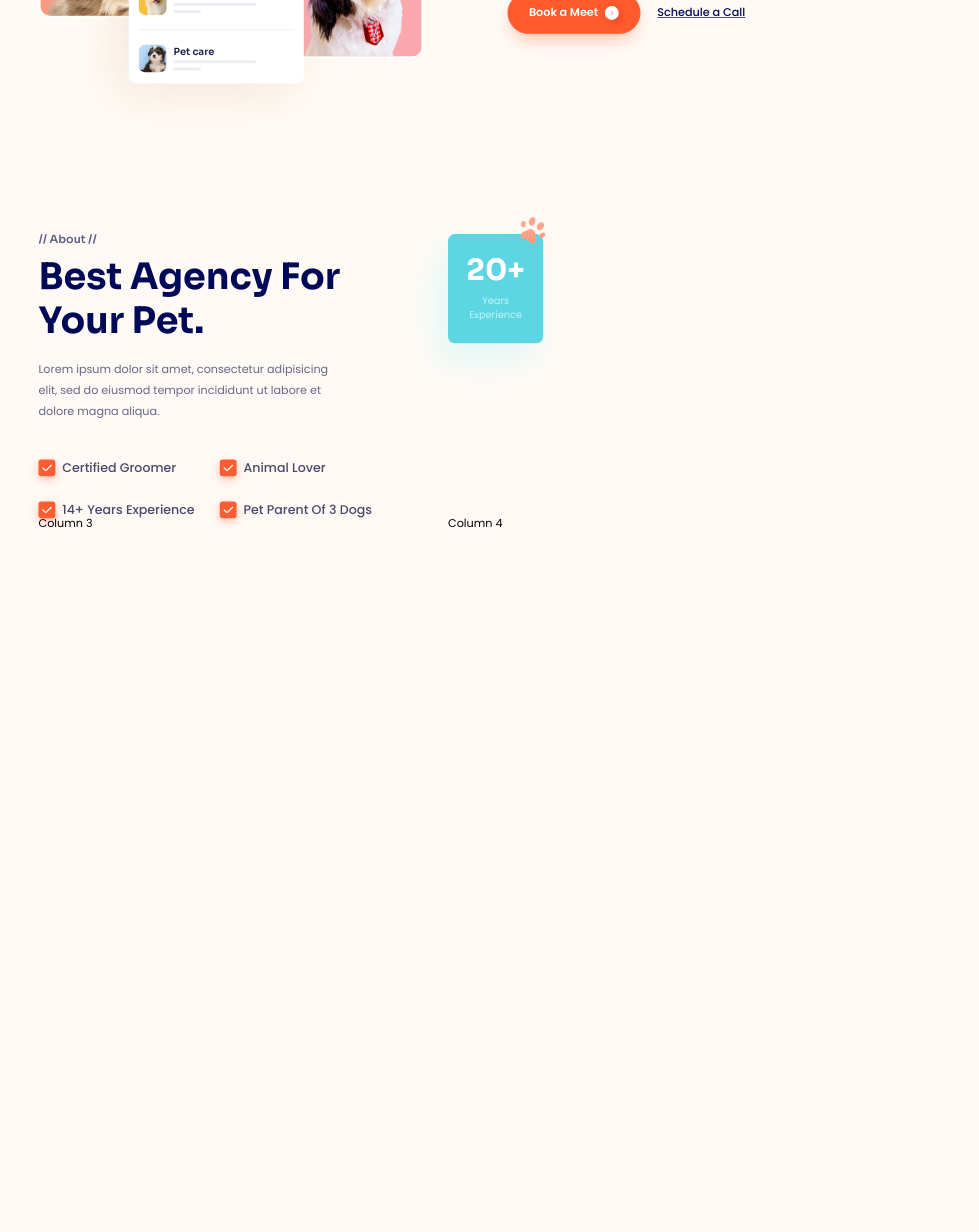
Repository: empty24062002/f8-project-05
Page: index.html
The author's editor kept a copy of each file at every save. The page is drawn from the files as they stood at one save, then again after the next save.
The browser window is 1280 px wide. The page is 1280 px wide, then 1399 px, so the pictures cover 1399 px, including what lies to the right of the window. The pictures show the part of the page from y = 639 to 2399 px (the page is 10965 px tall), at 70% of full size.

Above is the page before, as saved 2023-09-11 10:14:39.

### index.html
<!DOCTYPE html>
<html lang="en">
    <head>
        <meta charset="UTF-8" />
        <meta name="viewport" content="width=device-width, initial-scale=1.0" />
        <title>Lucy</title>
        <!-- favicon -->
        <link
            rel="apple-touch-icon"
            sizes="57x57"
            href="./assets/favicon/apple-icon-57x57.png"
        />
        <link
            rel="apple-touch-icon"
            sizes="60x60"
            href="./assets/favicon/apple-icon-60x60.png"
        />
        <link
            rel="apple-touch-icon"
            sizes="72x72"
            href="./assets/favicon/apple-icon-72x72.png"
        />
        <link
            rel="apple-touch-icon"
            sizes="76x76"
            href="./assets/favicon/apple-icon-76x76.png"
        />
        <link
            rel="apple-touch-icon"
            sizes="114x114"
            href="./assets/favicon/apple-icon-114x114.png"
        />
        <link
            rel="apple-touch-icon"
            sizes="120x120"
            href="./assets/favicon/apple-icon-120x120.png"
        />
        <link
            rel="apple-touch-icon"
            sizes="144x144"
            href="./assets/favicon/apple-icon-144x144.png"
        />
        <link
            rel="apple-touch-icon"
            sizes="152x152"
            href="./assets/favicon/apple-icon-152x152.png"
        />
        <link
            rel="apple-touch-icon"
            sizes="180x180"
            href="./assets/favicon/apple-icon-180x180.png"
        />
        <link
            rel="icon"
            type="image/png"
            sizes="192x192"
            href="./assets/favicon/android-icon-192x192.png"
        />
        <link
            rel="icon"
            type="image/png"
            sizes="32x32"
            href="./assets/favicon/favicon-32x32.png"
        />
        <link
            rel="icon"
            type="image/png"
            sizes="96x96"
            href="./assets/favicon/favicon-96x96.png"
        />
        <link
            rel="icon"
            type="image/png"
            sizes="16x16"
            href="./assets/favicon/favicon-16x16.png"
        />
        <link rel="manifest" href="./assets/favicon/manifest.json" />
        <meta name="msapplication-TileColor" content="#ffffff" />
        <meta
            name="msapplication-TileImage"
            content="./assets/favicon/ms-icon-144x144.png"
        />
        <meta name="theme-color" content="#ffffff" />
        <!-- reset CSS -->
        <link rel="stylesheet" href="./assets/css/reset.css" />
        <!-- embed font -->
        <link rel="preconnect" href="https://fonts.googleapis.com" />
        <link rel="preconnect" href="https://fonts.gstatic.com" crossorigin />
        <link
            href="https://fonts.googleapis.com/css2?family=Poppins:wght@300;400;500;600&family=Sora:wght@600;700;800&display=swap"
            rel="stylesheet"
        />
        <!-- style css -->
        <link rel="stylesheet" href="./assets/css/styles.css" />
    </head>
    <body>
        <!-- header -->
        <header class="header">
            <div class="container">
                <div class="header__inner">
                    <!-- logo -->
                    <a href="#!">
                        <img
                            src="./assets/img/logo.svg"
                            alt="Lucy"
                            class="header__logo"
                        />
                    </a>
                    <!-- navbar -->
                    <nav class="navbar">
                        <ul class="navbar__list">
                            <li class="navbar__item">
                                <a href="#!" class="navbar__link"> Home </a>
                            </li>
                            <li class="navbar__item">
                                <a href="#!" class="navbar__link"> About </a>
                            </li>
                            <li class="navbar__item">
                                <a href="#!" class="navbar__link"
                                    >Services & Rates
                                </a>
                            </li>
                            <li class="navbar__item">
                                <a href="#!" class="navbar__link"> Reviews </a>
                            </li>
                            <li class="navbar__item">
                                <a href="#!" class="navbar__link">
                                    Contacts us
                                </a>
                            </li>
                        </ul>
                    </nav>
                    <!-- header action -->
                    <div class="header-action">
                        <a href="#!" class="header-action__link">Sign in</a>
                        <a href="#!" class="btn header-action__btn">Sign up</a>
                    </div>
                </div>
            </div>
        </header>
        <!-- hero -->
        <section class="hero">
            <div class="container">
                <div class="hero__inner">
                    <!-- hero media -->
                    <div class="hero__media">
                        <div class="hero__img-wrap">
                            <img
                                src="./assets/img/hero__img1.png"
                                alt=""
                                class="hero__img"
                            />

                            <!-- Decorators -->
                            <img
                                src="./assets/img/decor__01.svg"
                                alt=""
                                class="hero__decor hero__decor-left"
                            />
                            <img
                                src="./assets/img/decor__02.svg"
                                alt=""
                                class="hero__decor hero__decor-right"
                            />
                        </div>
                        <div class="hero__img-wrap hero__img-wrap-small">
                            <img
                                src="./assets/img/hero__img2.png"
                                alt=""
                                class="hero__img"
                            />
                        </div>

                        <div class="hero__list">
                            <!-- hero list item 1 -->
                            <section class="hero-list-item">
                                <img
                                    src="./assets/img/hero__img3.png"
                                    alt=""
                                    class="hero-list-item__thump"
                                />
                                <div class="hero-list-item__info">
                                    <p class="hero-list-item__title">
                                        Pet Health
                                    </p>
                                    <div class="hero-list-item__skeleton"></div>
                                    <div
                                        class="hero-list-item__skeleton"
                                        style="--width: 39px"
                                    ></div>
                                </div>
                            </section>

                            <div class="hero-list-item__separate"></div>
                            <!-- hero list item 2 -->
                            <section class="hero-list-item">
                                <img
                                    src="./assets/img/hero__img4.png"
                                    alt=""
                                    class="hero-list-item__thump"
                                />
                                <div class="hero-list-item__info">
                                    <p class="hero-list-item__title">
                                        Pet care
                                    </p>
                                    <div class="hero-list-item__skeleton"></div>
                                    <div
                                        class="hero-list-item__skeleton"
                                        style="--width: 39px"
                                    ></div>
                                </div>
                            </section>
                        </div>
                    </div>
                    <!-- hero content -->
                    <section class="hero__content">
                        <h1 class="hero__heading">
                            Established & Trusted Pet Care Service
                        </h1>
                        <p class="hero__desc">
                            Discover a wide variety of Pawsitive services to
                            choose from, including daycare, private walks,
                            office duty and spa.
                        </p>
                        <div class="hero__row">
                            <a href="#!" class="btn btn--primary hero__cta-btn">
                                Book a Meet
                                <span class="btn__icon">
                                    <svg
                                        width="5"
                                        height="6"
                                        viewBox="0 0 5 6"
                                        fill="none"
                                        xmlns="http://www.w3.org/2000/svg"
                                    >
                                        <path
                                            d="M1.48584 0.5L3.98584 3L1.48584 5.5"
                                            stroke="#FD5056"
                                            stroke-linecap="round"
                                            stroke-linejoin="round"
                                        />
                                    </svg>
                                </span>
                            </a>
                            <a href="#!" class="hero__cta-link">
                                Schedule a Call
                            </a>
                        </div>
                    </section>
                </div>
            </div>
        </section>
        <main style="height: 10000px">
            <!-- about -->
            <section class="about">
                <div class="container">
                    <div class="about__inner">
                        <section class="about__content">
                            <p class="about__lable">// About //</p>
                            <h2 class="about__heading section-heading">
                                Best Agency For Your Pet.
                            </h2>
                            <p class="about__desc section-desc">
                                Lorem ipsum dolor sit amet, consectetur
                                adipisicing elit, sed do eiusmod tempor
                                incididunt ut labore et dolore magna aliqua.
                            </p>
                            <div class="about__checklist">
                                <span class="about__check-item">
                                    Certified Groomer
                                </span>
                                <span class="about__check-item">
                                    Animal Lover
                                </span>
                                <span class="about__check-item">
                                    14+ Years Experience
                                </span>
                                <span class="about__check-item">
                                    Pet Parent Of 3 Dogs
                                </span>
                            </div>
                        </section>
                        <div class="about__media">
                            <!-- About card -->
                            <div class="about__card">
                                <b class="about__card-title">20+</b>
                                <p class="about__card-desc">Years Experience</p>
                                <img
                                    src="./assets/img/about-decor1.svg"
                                    alt=""
                                    class="about__card-decor"
                                />
                            </div>
                        </div>
                        <div class="about__media">Column 3</div>
                        <section class="about__content">Column 4</section>
                    </div>
                </div>
            </section>
        </main>
    </body>
</html>

### assets/css/styles.css
* {
    box-sizing: border-box;
}

:root {
    --primary-color: #ff5b2e;
}

html {
    font-size: 62.5%;
}

body {
    font-size: 1.6rem;
    font-family: "Poppins", sans-serif;
    background: #fffaf5;
}

/* common */

h1,
h2,
h3,
h4,
h5,
h6 {
    font-family: "Sora", sans-serif;
}

input,
textarea,
select,
button {
    font-size: inherit;
    font-family: inherit;
}

a {
    text-decoration: none;
}

.container {
    width: 1170px;
    max-width: calc(100% - 48px);
    margin: 0 auto;
}

.btn {
    --height: 56px;

    display: inline-flex;
    align-items: center;
    justify-content: center;
    min-width: 130px;
    height: var(--height);
    line-height: var(--height);
    border: 1px solid rgb(0, 9, 88, 0.7);
    border-radius: 99px;
    color: #000958;
    text-align: center;
    font-size: 1.4rem;
    font-weight: 600;
}

.btn:hover {
    opacity: 0.8;
    cursor: pointer;
}

.btn--primary {
    background: var(--primary-color);
    color: #fff;
    border-color: var(--primary-color);
}

.btn__icon {
    display: flex;
    justify-content: center;
    align-items: center;
    margin-left: 10px;
    width: 20px;
    height: 20px;
    border-radius: 50%;
    background-color: #fff;
    box-shadow: 4px 3px 10px -1px rgba(191, 41, 0, 0.4);
}

.section-heading {
    color: #000958;
    font-family: "Sora", sans-serif;
    font-size: 5.2rem;
    font-weight: 700;
    line-height: 1.19;
}

.section-desc {
    margin-top: 24px;
    color: #656689;
    font-size: 1.6rem;
    font-weight: 400;
    line-height: 1.87; /* 187.5% */
}

/* header */
.header {
    padding: 26px 0;
}

.header__inner {
    display: flex;
    justify-content: space-between;
    align-items: center;
}

.navbar__list {
    display: flex;
}

.navbar__link,
.header-action__link {
    padding: 8px 18px;
    color: #5e6085;
    font-size: 1.4rem;
    font-weight: 500;
    line-height: 1; /* 100% */
}

.navbar__link:hover {
    color: #000958;
    text-shadow: 1px 0 0 currentColor;
}

.header-action__btn {
    --height: 50px;

    min-width: 117px;
}

/* hero */
.hero {
    margin-top: 74px;
}

.hero__inner {
    display: flex;
    justify-content: space-between;
    align-items: center;
    column-gap: 120px;
}

.hero__media {
    display: flex;
    position: relative;
    padding-bottom: 94px;
}

.hero__img-wrap {
    position: relative;
    display: flex;
    justify-content: center;
    align-items: flex-end;
    width: 388px;
    height: 488px;
    border: 3px solid #fff;
    border-radius: 16px;
    background: #fe997b;
}

.hero__img {
    max-width: 100%;
    max-height: 100%;
    border-radius: inherit;
}

.hero__decor {
    position: absolute;
    z-index: -1;
}

.hero__decor-left {
    left: -58px;
    bottom: 10px;
}

.hero__decor-right {
    top: 16px;
    right: -43px;
}

.hero__img-wrap-small {
    align-self: flex-end;
    width: 186px;
    height: 244px;
    margin: 0 0 -58px -24px;
    border: 2px solod #f7dddf;
    background: #faa7ad;
}

.hero__list {
    position: absolute;
    left: 129px;
    bottom: 0;
    width: 250px;
    height: 156px;
    padding: 18px 14px;
    border-radius: 10px;
    background: #fff;
    box-shadow: -17px 14px 68px -4px rgba(207, 174, 132, 0.25);
}

.hero-list-item {
    display: flex;
    align-items: center;
}

.hero-list-item:nth-of-type(2) .hero-list-item__thump {
    background-color: #c6e2fa;
}

.hero-list-item__thump {
    width: 40px;
    height: 40px;
    border-radius: 10px;
    object-fit: cover;
    background: #fec23f;
}

.hero-list-item__info {
    margin-left: 10px;
}

.hero-list-item__title {
    color: #181e52;
    font-family: "Sora", sans-serif;
    font-size: 1.4rem;
    font-weight: 600;
    line-height: 1;
}

.hero-list-item__separate {
    margin: 20px 0;
    width: 100%;
    height: 2px;
    background: #f2f2f2;
}

.hero-list-item__skeleton {
    margin-top: 6px;
    width: var(--width, 118px);
    height: 4px;
    border-radius: 10px;
    opacity: 0.08;
    background: #000958;
}

.hero__heading {
    color: #000958;
    font-size: 6.6rem;
    font-weight: 800;
    line-height: 1.15; /* 115.152% */
}

.hero__desc {
    width: 391px;
    margin-top: 24px;
    color: #656689;
    font-size: 1.6rem;
    font-weight: 400;
    line-height: 1.88;
}

.hero__row {
    display: flex;
    align-items: center;
    margin-top: 38px;
}

.hero__cta-btn {
    --height: 60px;

    min-width: 190px;
    font-size: 1.6rem;
    box-shadow: 0px 13px 26px -8px rgba(255, 91, 46, 0.42);
}

.hero__cta-link {
    margin-left: 24px;
    color: #000958;
    font-size: 1.6rem;
    font-weight: 500;
    line-height: 1;
    text-decoration: underline;
}
/* about */
.about {
    margin-top: 207px;
    padding: 8px 0;
}

.about__inner {
    display: grid;
    grid-template-columns: 1fr 1fr;
}

.about__lable {
    color: #5e6085;
    font-family: "Sora", sans-serif;
    font-size: 1.6rem;
    font-weight: 600;
    line-height: 1;
}

.about__heading {
    margin-top: 15px;
}

.about__heading,
.about__desc {
    width: 444px;
}

.about__checklist {
    display: grid;
    grid-template-columns: auto auto;
    justify-content: flex-start;
    gap: 36px;
    margin-top: 54px;
}

.about__check-item {
    position: relative;
    display: flex;
    align-items: center;
    column-gap: 10px;
    color: #48496a;
    font-size: 1.8rem;
    font-weight: 500;
    line-height: 1;
}

.about__check-item::before {
    content: "";
    display: inline-block;
    width: 24px;
    height: 24px;
    background: #ff5d31;
    box-shadow: 0px 4px 15px -3px #ff5d31b0;
    border-radius: 4px;
}

.about__check-item::after {
    content: url(../icons/check-item.svg);
    position: absolute;
    top: 2px;
    left: 5px;
}

.about__media {
    position: relative;
}

.about__card {
    position: absolute;
    width: 136px;
    padding: 30px 26px;
    text-align: center;
    border-radius: 10px;
    background: #5bd6e2;
    box-shadow: -15px 26px 48px 0px rgba(85, 240, 255, 0.17);
}

.about__card-title {
    color: #fff;
    font-family: "Sora", sans-serif;
    font-size: 4.2rem;
    font-weight: 700;
    line-height: 1;
}

.about__card-desc {
    margin-top: 14px;
    color: #c6f4f9;
    font-size: 1.4rem;
    font-weight: 400;
    line-height: 1.42;
}

.about__card-decor {
    position: absolute;
    top: -40px;
    right: -32px;
}

Loaded but not shown: assets/css/reset.css (common file)

After the next save:
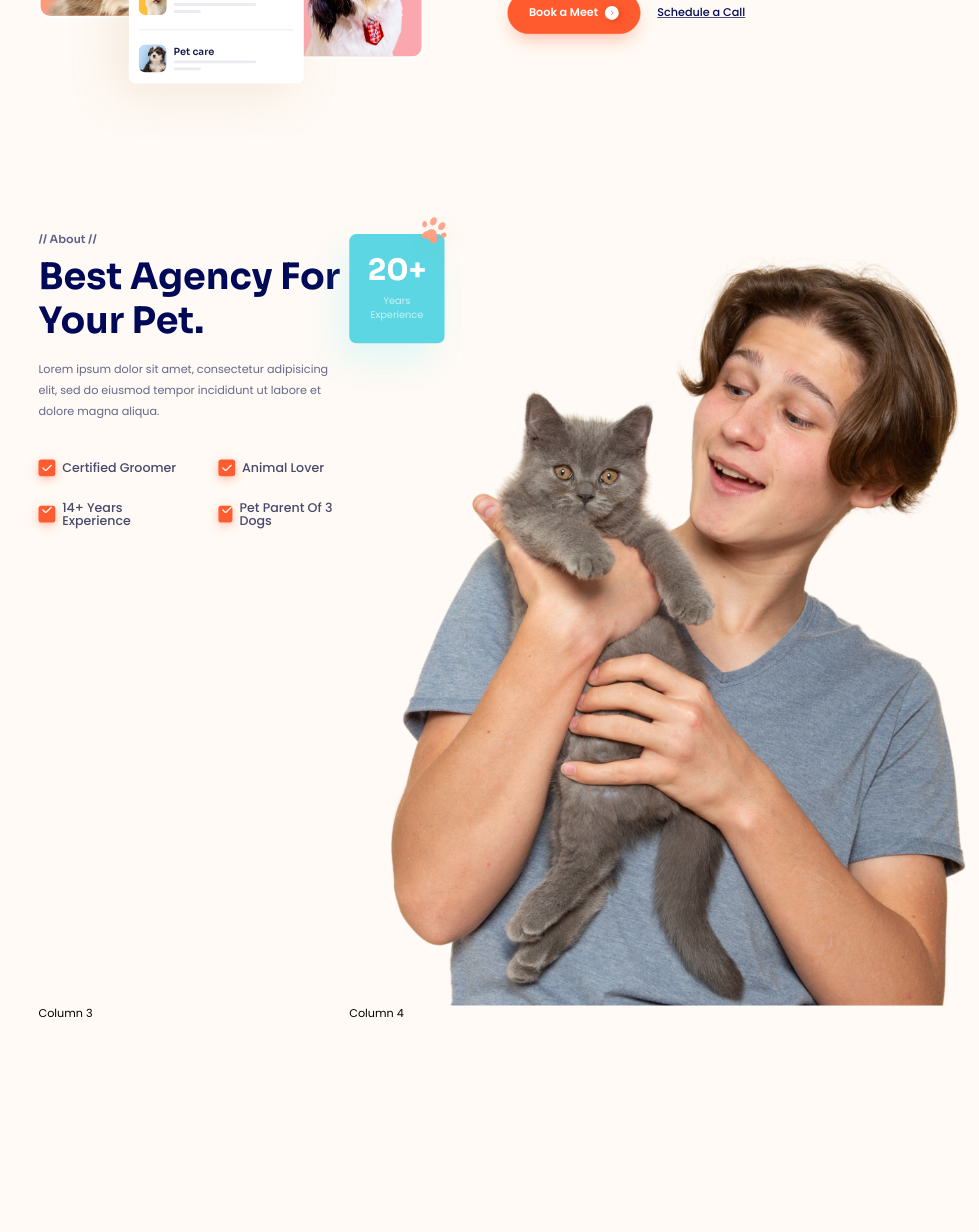
Saved 2 min 53 s later.
--- a/index.html
+++ b/index.html
@@ -291,6 +291,14 @@
                                     class="about__card-decor"
                                 />
                             </div>
+                            <!-- About img wrapper -->
+                            <figure class="aobut__img-wrap">
+                                <img
+                                    src="./assets/img/about-img1.png"
+                                    alt=""
+                                    class="about__img"
+                                />
+                            </figure>
                         </div>
                         <div class="about__media">Column 3</div>
                         <section class="about__content">Column 4</section>
